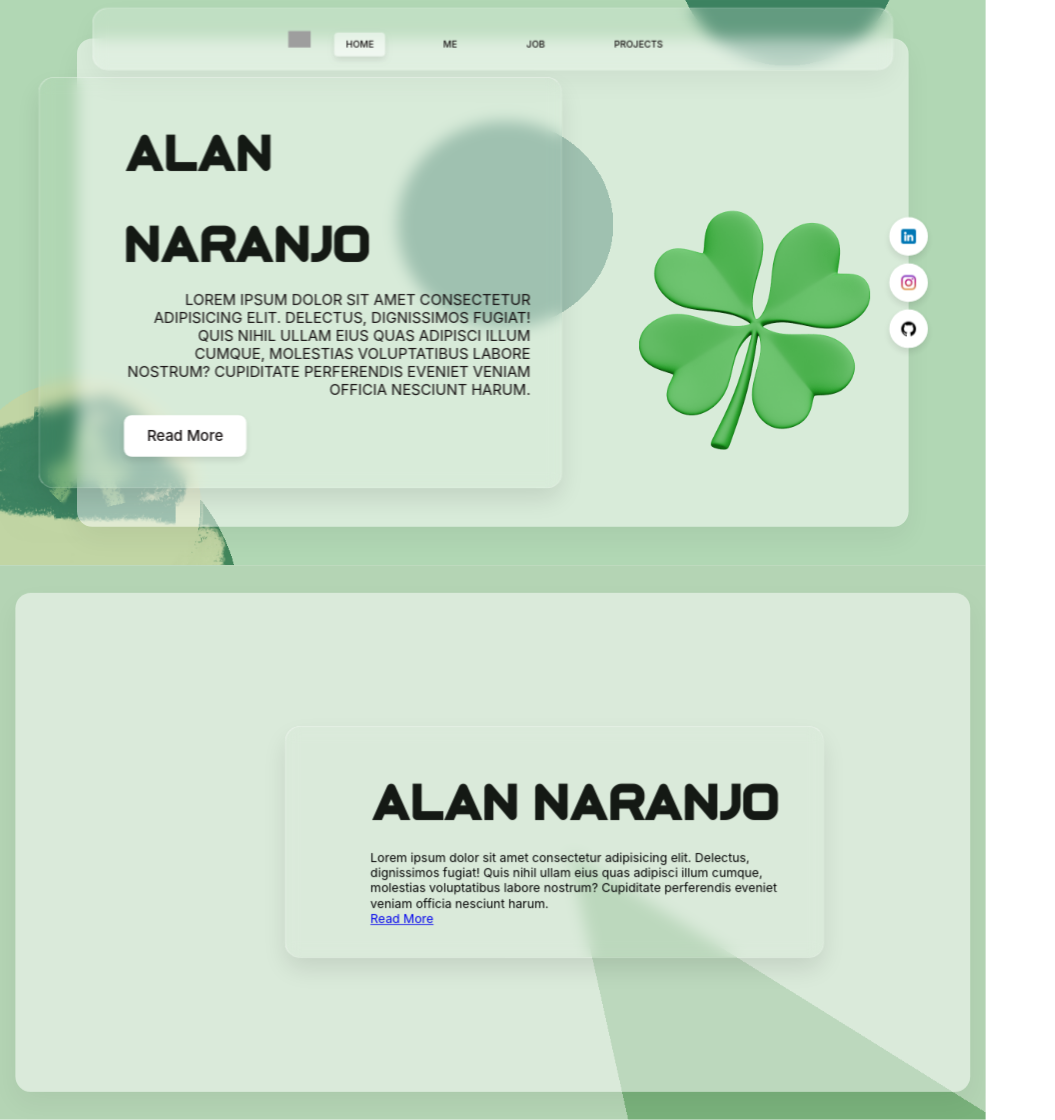
Repository: L-A-M-J-O/Me-sitio-Web
Page: / (app in my-project/)
An editor plug-in stored every save of this project. The page is shown before and after a run of saves, followed by the edit.
The browser window is 1280 px wide. The page is 1280 px wide, then 1370 px, so the pictures cover 1370 px, including what lies to the right of the window. The pictures show the whole page, at 77% of full size.
Pictures or frames that could not be fetched are drawn as grey boxes. Backgrounds fixed to the window are drawn as part of the page. The project was rebuilt for these pictures with package versions that can differ from the ones it lists, and the page was loaded fresh each time.

Above is the page before, as saved 2022-09-20 16:06:44.

After the next 2 saves:
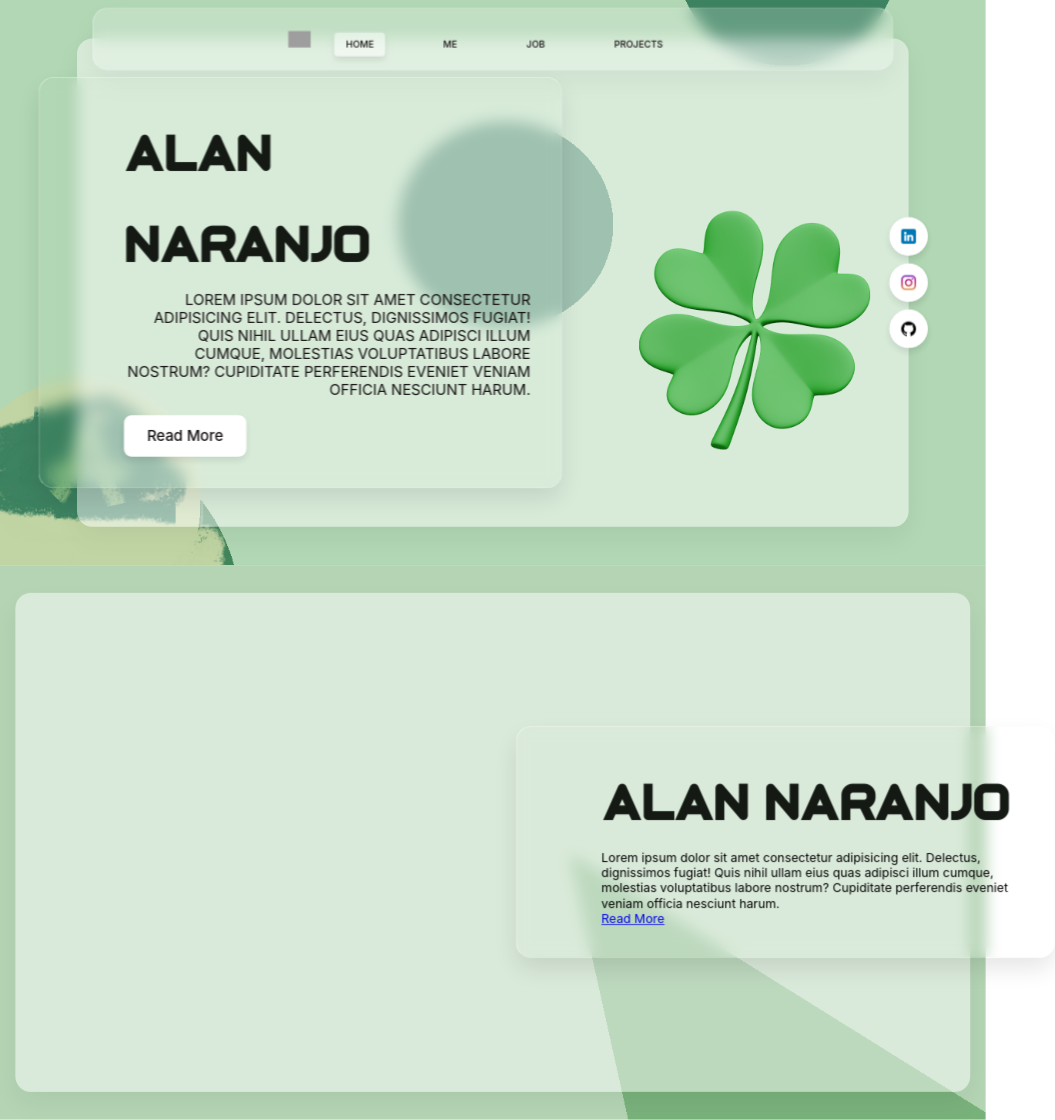
The 2 saves are shown as one change because they came seconds apart.
The last was saved 7 s later.
--- a/my-project/src/components/Me/Me.css
+++ b/my-project/src/components/Me/Me.css
@@ -22,7 +22,7 @@
 }
 
 .content-me {
-    transform: translateX(300px);
+    transform: translateX(600px);
     max-width: 700px;
     box-shadow:  0 15px 30px rgba(0, 0, 0, 0.1);
     border-radius: 20px;
